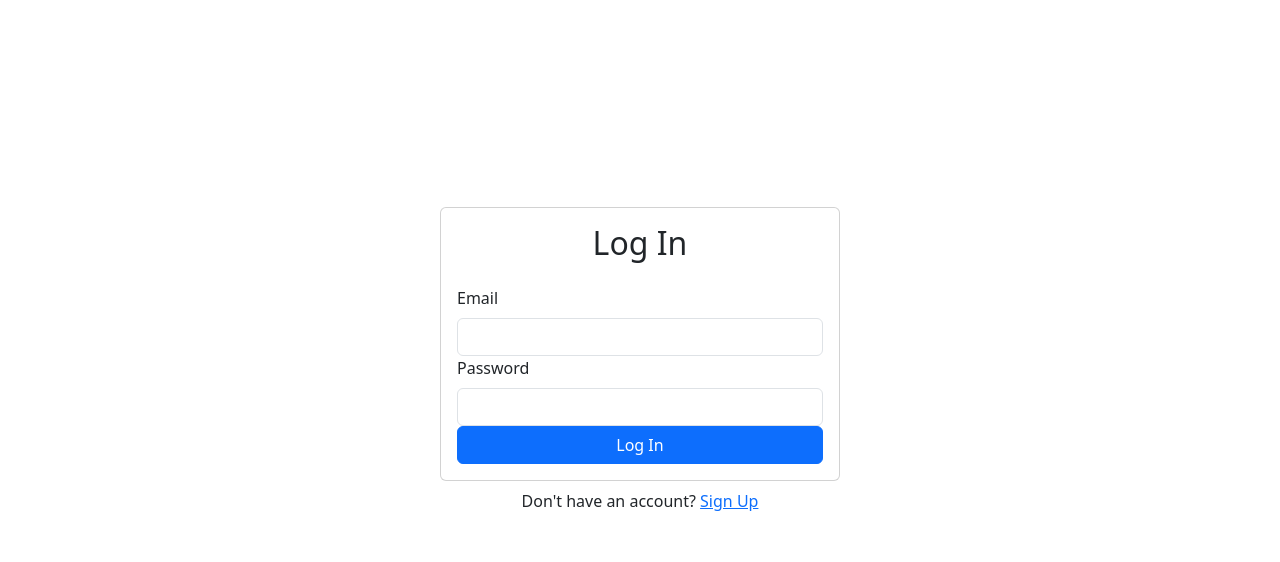
Repository: korybecker/sound-share-app
Page: /login (app in sound-share/)
The author's editor kept a copy of each file at every save. The page is drawn from the files as they stood at one save, then again after the next save.
The browser window is 1280 px wide. The pictures show the whole page.
The page's requests for data from a server got no answer. The project was rebuilt for these pictures with package versions that can differ from the ones it lists, and the page was loaded fresh each time. No one was signed in, and anything a server would have sent is missing. Also part of the build but not shown: sound-share/src/components/Dashboard.js, sound-share/src/components/Signup.js.

Above is the page before, as saved 2022-04-04 23:10:02.

After the next save:
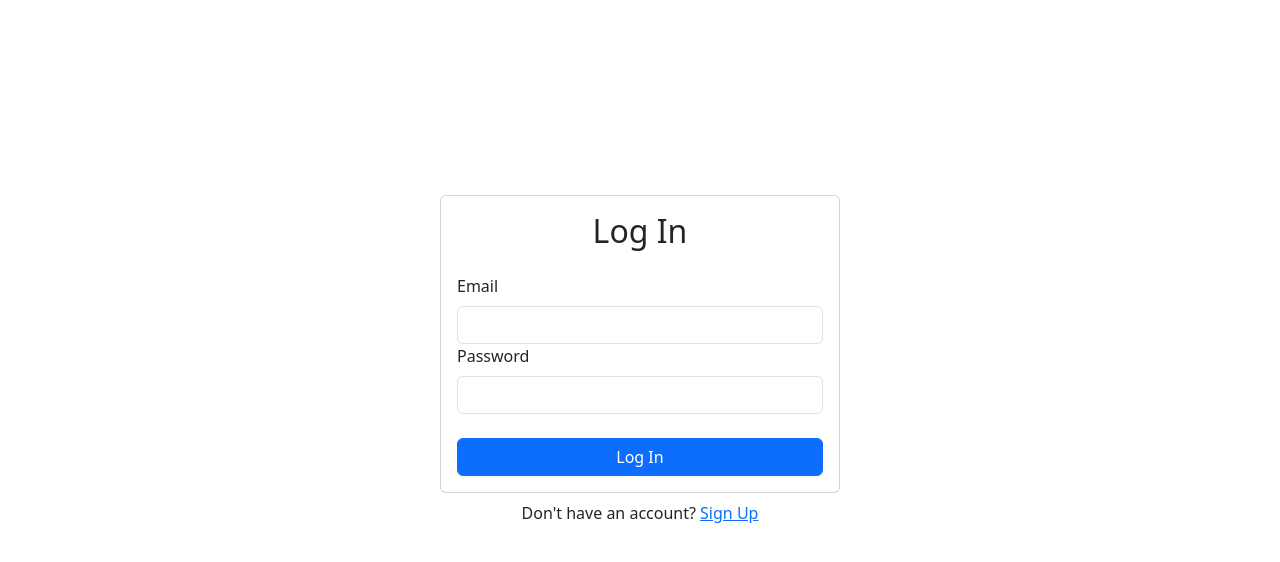
Saved 31 s later.
--- a/sound-share/src/components/Login.js
+++ b/sound-share/src/components/Login.js
@@ -46,7 +46,7 @@ const Login = () => {
               <Form.Label>Password</Form.Label>
               <Form.Control type="password" ref={passwordRef} required />
             </Form.Group>
-            <Button disabled={loading} className="w-100" type="submit">
+            <Button disabled={loading} className="w-100 mt-4" type="submit">
               Log In
             </Button>
           </Form>
